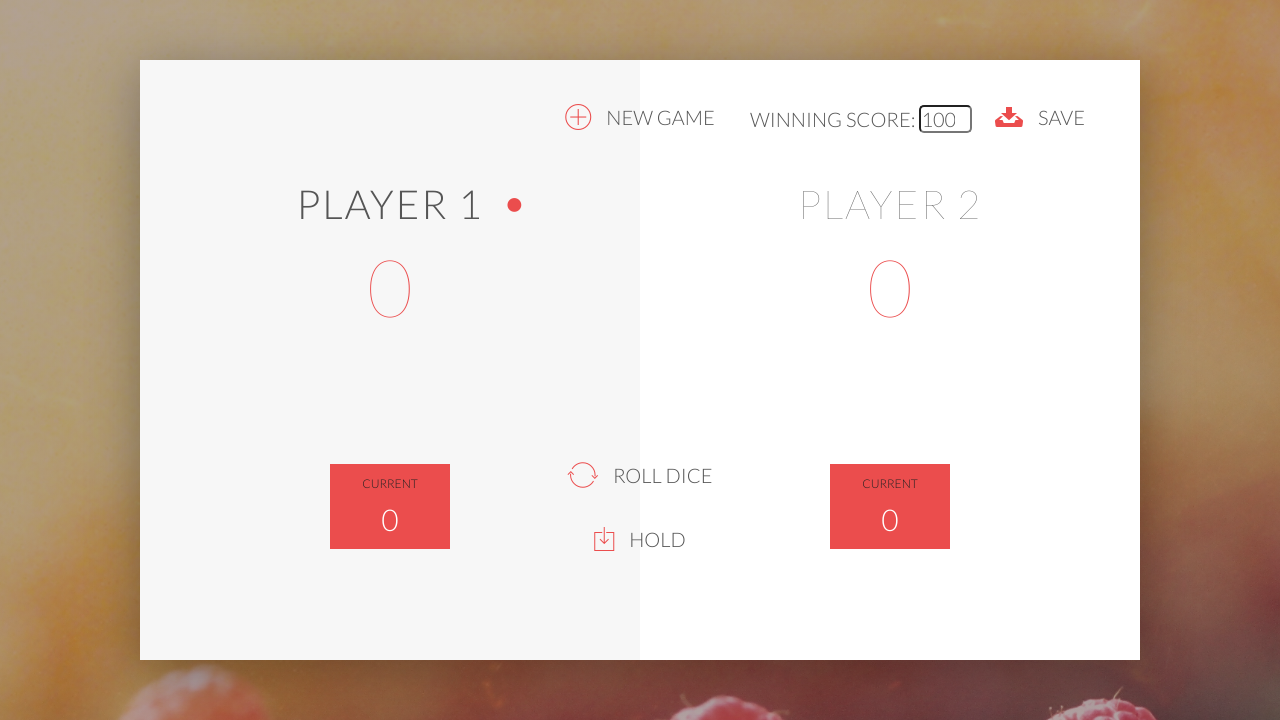
Repository: hexanek/hexanek.github.io
Page: pig-game/index.html
These files come from the project's save history. The page is drawn as it stood at one moment and after the next save; the edit follows.
The browser window is 1280 px wide. The pictures show the whole page.

Above is the page before, as saved 2019-12-19 23:05:04.
Console error: TypeError: Cannot read properties of null (reading 'value')

After the next save:
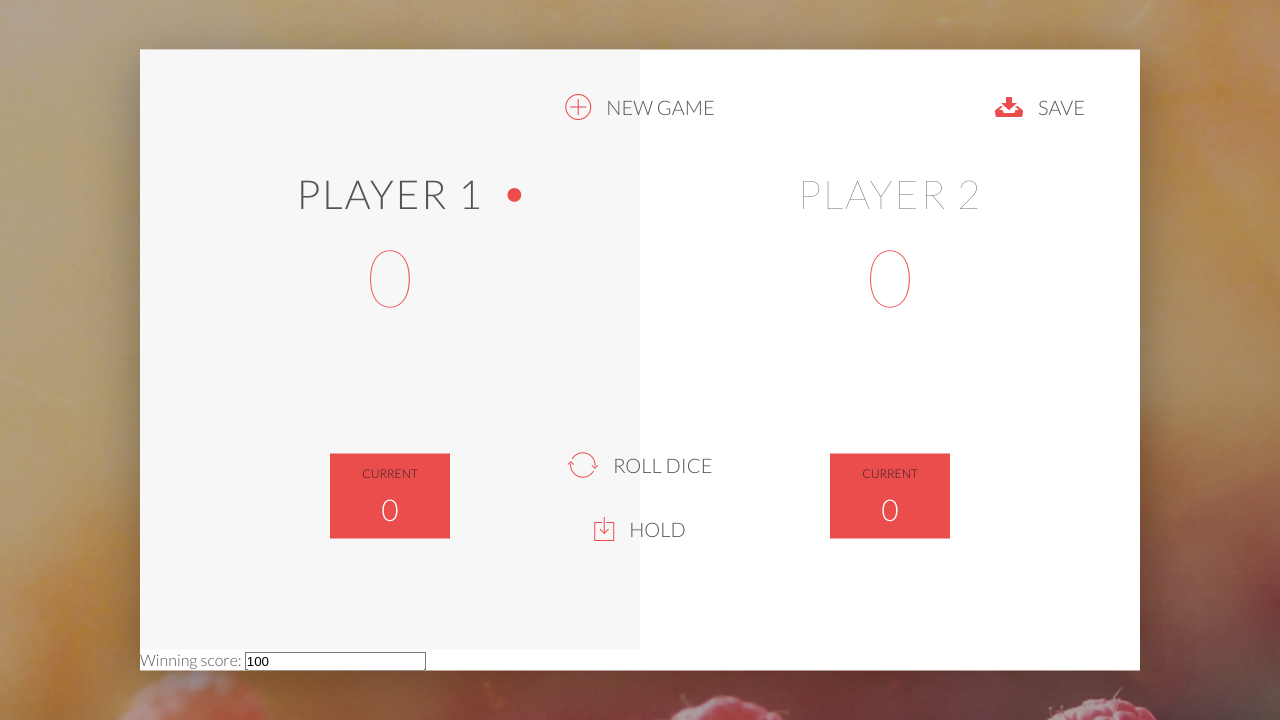
Saved 70 s later.
--- a/pig-game/index.html
+++ b/pig-game/index.html
@@ -33,9 +33,9 @@
             <button class="btn-roll"><i class="ion-ios-loop"></i>Roll dice</button>
             <button class="btn-hold"><i class="ion-ios-download-outline"></i>Hold</button>
             <button class="btn-save" form="formScore"><i class="ion-archive"></i>Save</button>
-            <form action="#" class="form-score" id="formScore">
+            <!-- <form action="#" class="form-score" id="formScore"> -->
             Winning score: <input class="input-score" type="number" name="WinningScore" id="winScore" value="100">
-            </form>
+            <!-- </form> -->
             <img src="dice-5.png" alt="Dice" class="dice">
         </div>
 
